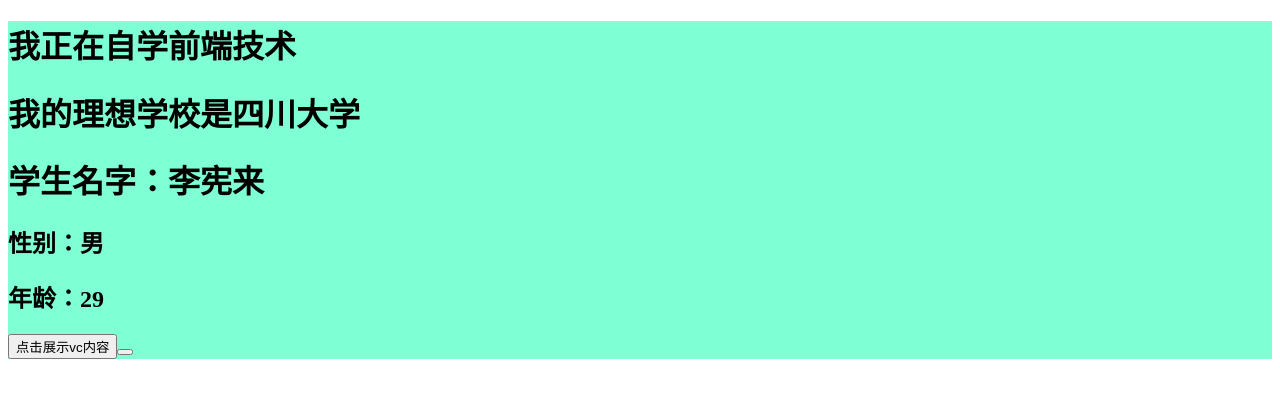
Repository: Lixianlai-2/The-journey-of-learning-Vue
Page: / (app in afterVueCli/Vue_Test/)
An editor plug-in stored every save of this project. The page is shown before and after the next save, followed by the edit.
The browser window is 1280 px wide. The pictures show the whole page.
The project was rebuilt for these pictures with package versions that can differ from the ones it lists, and the page was loaded fresh each time.

Above is the page before, as saved 2022-04-11 11:57:57.

After the next save:
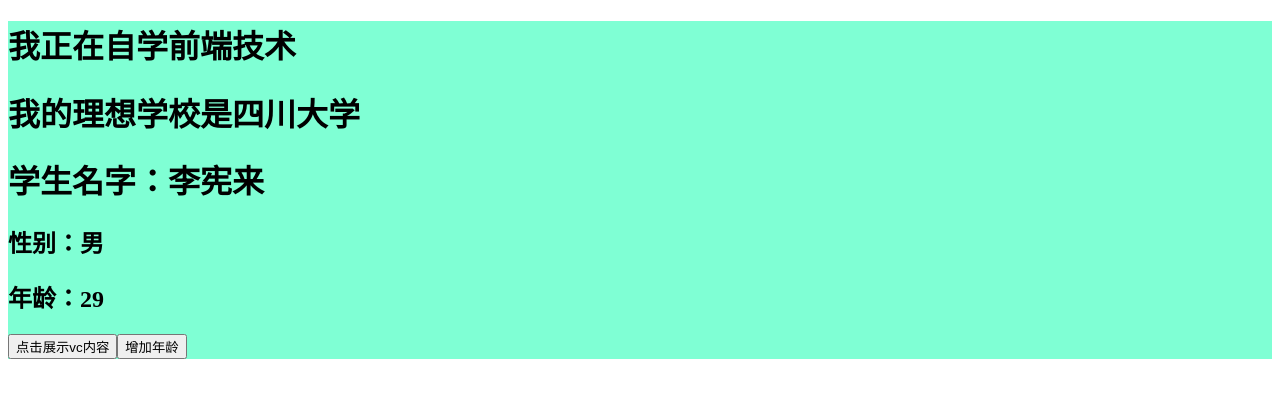
Saved 4 s later.
--- a/afterVueCli/Vue_Test/src/components/student.vue
+++ b/afterVueCli/Vue_Test/src/components/student.vue
@@ -5,7 +5,7 @@
     <h2>性别：{{ gender }}</h2>
     <h2>年龄：{{ age + 1 }}</h2>
     <button @click="showVc">点击展示vc内容</button>
-    <button @click="addAge"></button>
+    <button @click="addAge">增加年龄</button>
   </div>
 </template>
 
